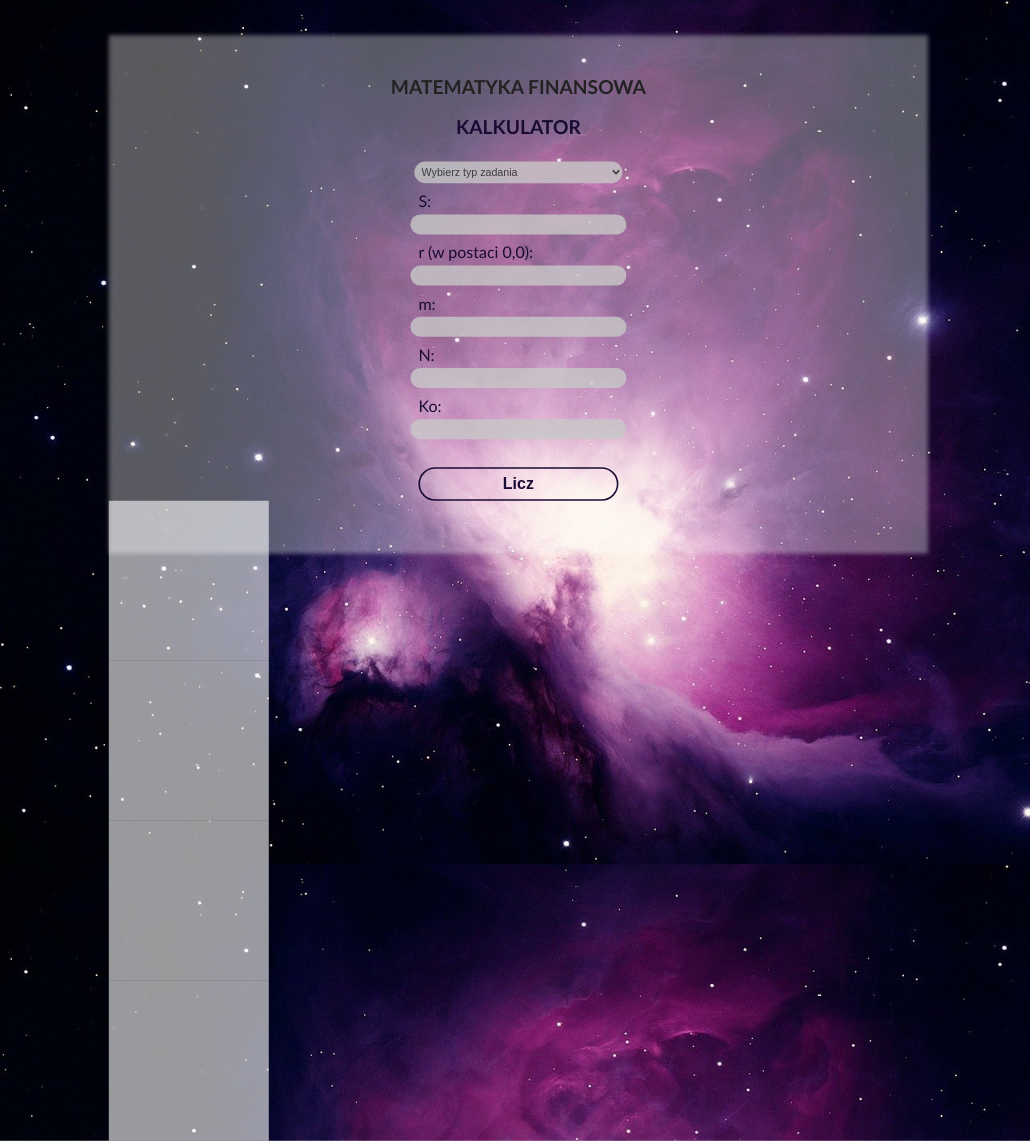
Repository: ravkita/MFCalc
Page: index.html
These files come from the project's save history. The page is drawn as it stood at one moment and after the next save; the edit follows.
The browser window is 1280 px wide. The page is 1288 px wide, so the pictures cover 1288 px, including what lies to the right of the window. The pictures show the whole page, at 80% of full size.

Above is the page before, as saved 2021-04-12 20:10:58.

After the next save:
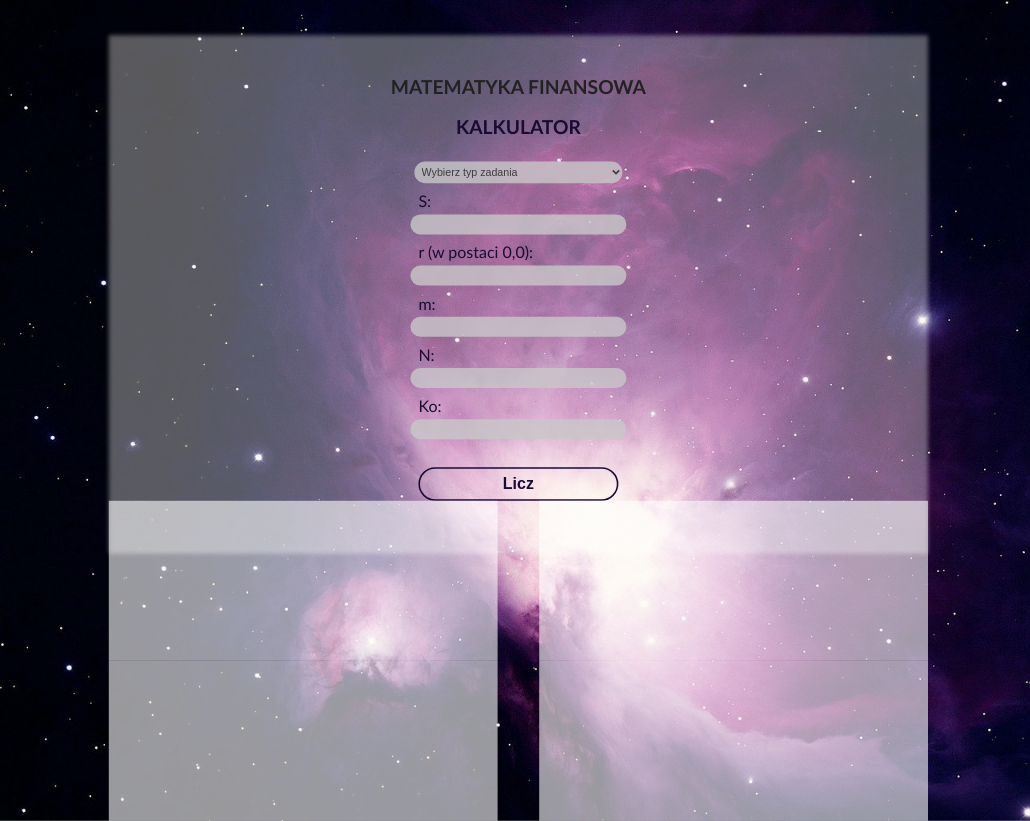
Saved 85 s later.
--- a/index.html
+++ b/index.html
@@ -99,10 +99,14 @@
             cursor: pointer;
         }
         .result{
-
+            width: 100%;
+            display: flex;
+            justify-content: space-between;
+            align-items: center;
+            flex-flow: row wrap;
         }
         .cell{
-            width: 200px;
+            width: 47.5%;
             min-height: 200px;
             background: rgba(255, 255, 255, 0.6);
         }
